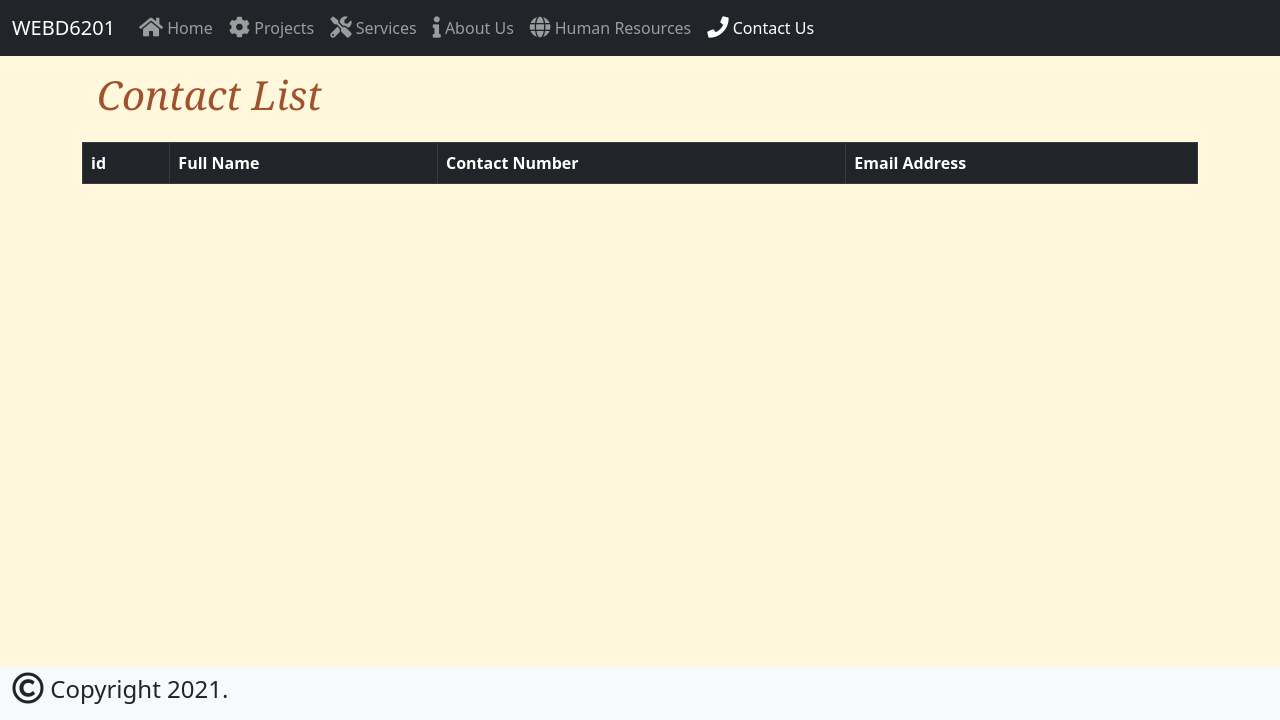
Repository: YiuWingLau/WEBD6201-W2021-Lab1
Page: contact-list.html
The author's editor kept a copy of each file at every save. The page is drawn from the files as they stood at one save, then again after the next save.
The browser window is 1280 px wide. The pictures show the whole page.

Above is the page before, as saved 2021-02-04 14:52:32.

### contact-list.html
<!DOCTYPE html>
<html lang="en">
<head>
    <meta charset="UTF-8">
    <meta name="viewport" content="width=device-width, initial-scale=1.0">
    <title>Contact-List</title>
    <!-- CSS Section -->
    <link rel="stylesheet" href="./node_modules/bootstrap/dist/css/bootstrap.min.css">
    <link rel="stylesheet" href="./node_modules/@fortawesome/fontawesome-free/css/all.min.css">
    <link rel="stylesheet" href="./Content/app.css">
</head>
<body>
    <!-- Main Header -->
    <header>
        <!-- Main Navigation -->
        <nav class="navbar navbar-expand-lg navbar-dark bg-dark">
            <div class="container-fluid">
              <a class="navbar-brand" href="index.html">WEBD6201</a>
              <button class="navbar-toggler" type="button" data-bs-toggle="collapse" data-bs-target="#navbarSupportedContent" aria-controls="navbarSupportedContent" aria-expanded="false" aria-label="Toggle navigation">
                <span class="navbar-toggler-icon"></span>
              </button>
              <div class="collapse navbar-collapse" id="navbarSupportedContent">
                <ul class="navbar-nav me-auto mb-2 mb-lg-0">

                  <li id="navBarIndex" class="nav-item">
                    <a class="nav-link" aria-current="page" href="index.html"><i class="fas fa-home fa-lg"></i> Home</a>
                  </li>

                  <li id="navBarProjects" class="nav-item">
                    <a class="nav-link" aria-current="page" href="products.html"><i class="fas fa-cog fa-lg"></i> Products</a>
                  </li>

                  <li id="navBarServices" class="nav-item">
                    <a class="nav-link" aria-current="page" href="services.html"><i class="fas fa-tools fa-lg"></i> Services</a>




                  </li>

                  <li id="navBarAboutUs" class="nav-item">
                    <a class="nav-link" aria-current="page" href="about.html"><i class="fas fa-info fa-lg"></i> About Us</a>
                  </li>

                  <li id="navBarContactUs" class="nav-item">
                    <a class="nav-link active" aria-current="page" href="contact.html"><i class="fas fa-phone fa-lg"></i> Contact Us</a>
                  </li>

                </ul>
              </div>
            </div>
          </nav>
    </header>

    <!-- Main Content -->
    <main class="container">
        <h1>Contact List</h1>

        <div class="row">
          <div class="col">
            <table class="table table-striped table-bordered table-hover">
              <thead class="table-dark">
                <tr>
                  <th scope="col">id</th>
                  <th scope="col">Full Name</th>
                  <th scope="col">Contact Number</th>
                  <th scope="col">Email Address</th>
                </tr>
              </thead>
              <tbody id="contactList">
              </tbody>
            </table>
          </div>
        </div>
    </main>

    <!-- Main Footer -->
    <footer>
        <nav class="navbar fixed-bottom navbar-light bg-light">
            <div class="container-fluid">
              <h4><i class="far fa-copyright fa-lg"></i> Copyright 2021.</h4>
            </div>
          </nav>
    </footer>

    <!-- Script Section-->
    <script src="./node_modules/jquery/dist/jquery.min.js"></script>
    <script src="./node_modules/bootstrap/dist/js/bootstrap.bundle.min.js"></script>

    <script src="./Scripts/contact.js"></script>
    <script src="./Scripts/app.js"></script>
</body>
</html>

### Content/app.css
h1 {
    padding: 15px;
    color: sienna;
    font-family: Cambria, Cochin, Georgia, Times, 'Times New Roman', serif;
    font-style: italic;
}

p {
    color: blue;
    font-family:Cambria, Cochin, Georgia, Times, 'Times New Roman', serif;
    font-style: italic;
    font-size: 25px;
    text-align: justify;
}

body {
    background-color: cornsilk;
}

#homePicture {
    width: 1000px;
    height: 600px;
}

### Scripts/contact.js
"use strict";
// Contact Class
class Contact {
    // getters and setters
    get FullName()
    {
      return this.m_fullName;
    }

    set FullName(value)
    {
      this.m_fullName = value;
    }

    get ContactNumber()
    {
      return this.m_contactNumber;
    }

    set ContactNumber(value)
    {
      this.m_contactNumber = value;
    }

    get EmailAddress()
    {
      return this.m_emailAddress;
    }

    set EmailAddress(value)
    {
      this.m_emailAddress = value;
    }

    // constructor

    /**
     * @param {string} fullName
     * @param {string} contactNumber
     * @param {string} emailAddress
     */
    constructor(fullName = "", contactNumber = "", emailAddress = "")
    {
      this.FullName = fullName;
      this.ContactNumber = contactNumber;
      this.EmailAddress = emailAddress;
    }

    // methods

    /**
     * This method overrides the built-in toString method for the Contact class
     *
     * @returns {string}
     */
    toString()
    {
      return `Full Name     : ${this.FullName} \nContact Number: ${this.ContactNumber}\nEmail Address : ${this.EmailAddress}`;
    }

    /**
     * This method returns a JSON object made up of the properties of the Contact class
     *
     * @returns {Object}
     */
    toJSON()
    {
      return {
        "fullName": this.FullName,
        "contactNumber": this.ContactNumber,
        "emailAddress": this.EmailAddress
      }
    }

    /**
     * This method converts the Contact into a comma-separated value string
     *
     * @returns {string}
     */
    serialize()
    {
      if(this.FullName !== "" && this.ContactNumber !== "" && this.EmailAddress !== "")
      {
        return `${this.FullName},${this.ContactNumber},${this.EmailAddress}`;
      }
      else
      {
        console.error("One or more properties of the Contact is empty");
        return null;
      }
    }

    /**
     * This method takes a comma-separated data string and assigns the values to the Contact class properties
     *
     * @param {string} data
     * @return {void}
     */
    deserialize(data)
    {
      let propertyArray = data.split(",");
      this.FullName = propertyArray[0];
      this.ContactNumber = propertyArray[1];
      this.EmailAddress = propertyArray[2];
    }
  }

### Scripts/app.js
/* custom JavaScript goes here */

//IIFE - Immediately Invoked Function Expression
//AKA - Anonymous Self-Executing Function
//Closure - limits scope leak

"use strict";

(function()
{
    function displayHome()
    {
        let myhomebackground = document.createElement("img");
        myhomebackground.setAttribute("id", "homepic");
        myhomebackground.setAttribute("src", "./images/homepagebackground.jpg");
        myhomebackground.setAttribute("alt", "Computer Programmer");

        // Step 1. document.createElement
        let newParagraph = document.createElement("p");
        // Step 2. configure the element
        newParagraph.setAttribute("id", "paragraphTwo");
        newParagraph.textContent = "This is my home page";
        // Step 3. select the parent element
        let mainContent = document.getElementsByTagName("main")[0];
        mainContent.appendChild(myhomebackground);
        // Step 4. Add / Insert the element
        mainContent.appendChild(newParagraph);
        //newParagraph.className = "fs-6";
    }

    function displayAbout()
    {
        //create new element Human Resources
        let myPicture = document.createElement("img");
        myPicture.setAttribute("id", "myImage");
        myPicture.setAttribute("src", "./images/img_me.jpg");
        myPicture.setAttribute("alt", "Nelson Lau");
        myPicture.setAttribute("width", "192");
        myPicture.setAttribute("height", "108");

        // Step 1. document.createElement
        let ParagraphOne = document.createElement("p");
        // Step 2. configure the element
        ParagraphOne.setAttribute("id", "myIntroduction");
        ParagraphOne.textContent = "Here are my favourite projects.";
        // Step 3. select the parent element
        let mainContent = document.getElementsByTagName("main")[0];
        mainContent.appendChild(myPicture);
        // Step 4. Add / Insert the element
        mainContent.appendChild(ParagraphOne);
        ParagraphOne.className = "fs-lg";

    }

    function displayProjects()
    {
        // Step 1. document.createElement
        let newParagraph = document.createElement("p");
        // Step 2. configure the element
        newParagraph.setAttribute("id", "myprojects");
        newParagraph.textContent = "Here are my famourite projects.";
        // Step 3. select the parent element
        let mainContent = document.getElementsByTagName("main")[0];
        // Step 4. Add / Insert the element
        mainContent.appendChild(newParagraph);
        newParagraph.className = "fs-12";
    }

    function displayHumanResources()
    {

    }

    function displayServices()
    {

        // another way of injecting content
        let paragraphDiv = document.createElement("div");
        let paragraphThree = `<p id="paragraphThree" class="fs-7 fw-bold">And this is the Third Paragraph</p>`;
        paragraphDiv.innerHTML = paragraphThree;

        // insertions

        // example of inserting before a node
        // newParagraph.before(paragraphDiv);

        // example of inserting after a node
        newParagraph.after(paragraphDiv);

        // deletions

        // example of removing a single element
        //paragraphOneElement.remove();

        // example of removeChild
       // mainContent.removeChild(paragraphOneElement);
        // update / modification
        //mainContent.firstElementChild.textContent = "Welcome Home!";
    }

    function displayContact()
    {
        let messageArea = document.getElementById("messageArea");
        messageArea.hidden = true;

        // form validation
        let fullName = document.getElementById("fullName");
        fullName.addEventListener("blur", function() {
            if(fullName.value.length < 2)
            {
                fullName.focus();
                fullName.select();
                messageArea.hidden = false;
                messageArea.className = "alert alert-danger";
                messageArea.textContent = "Please enter an appropriate Name";
            }
            else
            {
                messageArea.removeAttribute("class");
                messageArea.hidden = true;
            }
        });

        let sendButton = document.getElementById("sendButton");
        sendButton.addEventListener("click", function(event){
            //event.preventDefault();

            let contact = new Contact(fullName.value, contactNumber.value, emailAddress.value);

            if(contact.serialize())
            {
              localStorage.setItem((localStorage.length + 1).toString(), contact.serialize());
            }

        });
    }

    function displayContactList()
    {
      if (localStorage.length > 0)
      {
        let contactList = document.getElementById("contactList");

        let data = "";

        for (let index = 0; index < localStorage.length; index++)
        {
          let contactData = localStorage.getItem((index + 1).toString());

          let contact = new Contact();
          contact.deserialize(contactData);

          data += `<tr>
          <th scope="row">${index + 1}</th>
          <td>${contact.FullName}</td>
          <td>${contact.ContactNumber}</td>
          <td>${contact.EmailAddress}</td>
        </tr>`;
        }

        contactList.innerHTML = data;
      }
    }

    // function to correct the wrong link and text content in navigation bar
    function changeNavBarName()
    {
        let navName = document.getElementById("navBarProjects");
        navName.innerHTML = `<a class='nav-link' aria-current='page' href='projects.html'><i class="fas fa-cog fa-lg"></i> Projects</a>`;
    }

    // function to add Human Resource element to Nav Bar between About Us and Contact Us
    function addNewNavBarElement()
    {
        //create new element Human Resources
        let newListElement = document.createElement("li");
        newListElement.setAttribute("id", "navBarHumanResources");
        newListElement.setAttribute("class", "nav-item");
        newListElement.innerHTML = `<a class='nav-link' aria-current='page' href='Human-Resources.html'><i class="fas fa-globe fa-lg"></i> Human Resources</a>`;
        // append new element after About Us
        let aboutUsListElement = document.getElementById("navBarAboutUs");
        aboutUsListElement.after(newListElement);
    }

    function Start()
    {
        console.log("App Started...");

        changeNavBarName();

        addNewNavBarElement();

        switch (document.title)
        {
          case "Home":
              displayHome();
            break;
          case "About":
              displayAbout();
            break;
          case "Projects":
              displayProjects();
            break;
          case "Human Resources":
              displayHumanResources();
            break;
          case "Services":
              displayServices();
            break;
          case "Contact":
              displayContact();
            break;
          case "Contact-List":
            displayContactList();
          break;
        }

    }

    window.addEventListener("load", Start);

})();

Loaded but not shown: node_modules/bootstrap/dist/css/bootstrap.min.css (library); node_modules/@fortawesome/fontawesome-free/css/all.min.css (library); node_modules/jquery/dist/jquery.min.js (library); node_modules/bootstrap/dist/js/bootstrap.bundle.min.js (library)

After the next save:
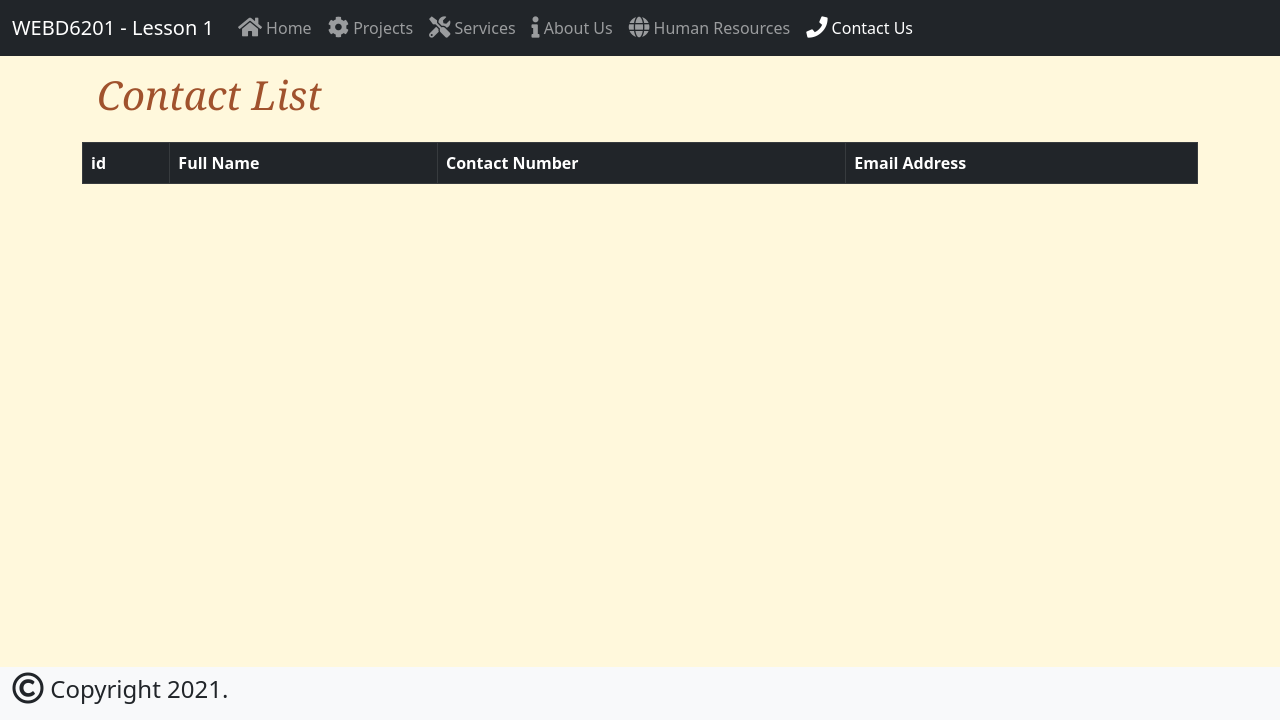
Saved 18 min 6 s later.
--- a/contact-list.html
+++ b/contact-list.html
@@ -15,7 +15,7 @@
         <!-- Main Navigation -->
         <nav class="navbar navbar-expand-lg navbar-dark bg-dark">
             <div class="container-fluid">
-              <a class="navbar-brand" href="index.html">WEBD6201</a>
+              <a class="navbar-brand" href="index.html">WEBD6201 - Lesson 1</a>
               <button class="navbar-toggler" type="button" data-bs-toggle="collapse" data-bs-target="#navbarSupportedContent" aria-controls="navbarSupportedContent" aria-expanded="false" aria-label="Toggle navigation">
                 <span class="navbar-toggler-icon"></span>
               </button>
